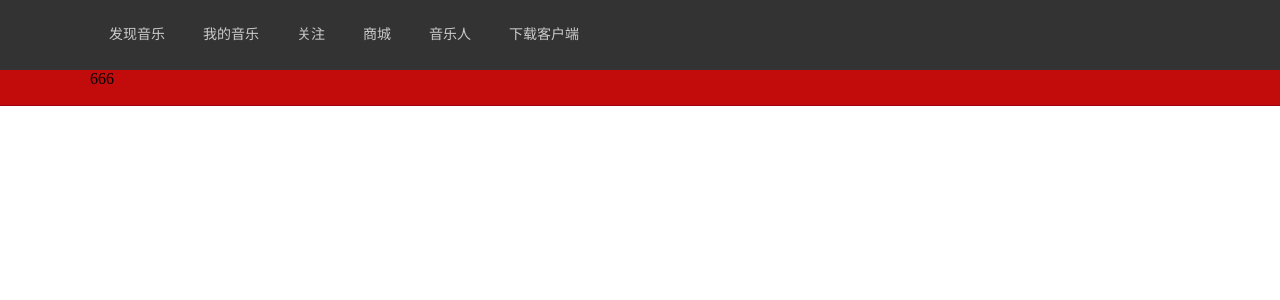
Repository: xtcgjk/-
Page: /
These files come from the project's save history. The page is drawn as it stood at one moment and after the next save; the edit follows.
The browser window is 1280 px wide. The pictures show the whole page.
The project was rebuilt for these pictures with package versions that can differ from the ones it lists, and the page was loaded fresh each time.

Above is the page before, as saved 2022-02-23 16:19:27.

### index.html
<!DOCTYPE html>
<html>
  <head>
    <meta charset="utf-8" />
    <meta name="viewport" content="width=device-width,initial-scale=1.0" />
    <title>vue-music</title>
  </head>
  <body>
    <div id="app"></div>
    <!-- built files will be auto injected -->
  </body>
</html>
<style>
  body {
    margin: 0;
    padding: 0;
  }
</style>

### src/main.js
// The Vue build version to load with the `import` command
// (runtime-only or standalone) has been set in webpack.base.conf with an alias.
import Vue from "vue";
import App from "./App";
import router from "./routers";
import http from "./axios/index";
import ElementUI from "element-ui";
import "element-ui/lib/theme-chalk/index.css";

Vue.use(ElementUI);
Vue.prototype.$http = http;

/* eslint-disable no-new */
new Vue({
  el: "#app",
  router,
  components: { App },
  template: "<App/>"
});

### src/App.vue
<template>
  <div id="app">
    <router-view></router-view>
  </div>
</template>

<script>
export default {
  name: "App",
  components: {},
};
</script>

<style>
/* #app {
  font-family: "Avenir", Helvetica, Arial, sans-serif;
  -webkit-font-smoothing: antialiased;
  -moz-osx-font-smoothing: grayscale;
  text-align: center;
  color: #2c3e50;
  margin-top: 60px;
} */
</style>

### src/routers/index.js
import Vue from "vue";
import VueRouter from "vue-router";
Vue.use(VueRouter);
const router = new VueRouter({
  mode: "history",
  routes: [
    {
      path: "/",
      redirect: "/music"
    },
    {
      path: "/music",
      component: () => import("@/views/music")
    }
  ]
});

export default router;

### src/axios/index.js
function http(userOptions) {
  console.log("成功了");
}

### src/views/music/index.vue
<template>
  <div id="container">
    <div></div>
    <Header />
    <Header2 />
  </div>
</template>

<script>
import Header from "../../components/header";
import Header2 from "../../components/header2";
export default {
  components: {
    Header,
    Header2,
  },
};
</script>
<style scoped>
</style>

### src/components/header/index.vue
<template>
  <div id="wrapper">
    <div id="header">
      <router-link to="">发现音乐</router-link>
      <router-link to="">我的音乐</router-link>
      <router-link to="">关注</router-link>
      <router-link to="">商城</router-link>
      <router-link to="">音乐人</router-link>
      <router-link to="">下载客户端</router-link>
      <div id="search">666</div>
    </div>
  </div>
</template>

<script>
export default {
  name: "Header",
  data() {
    return {};
  },
};
</script>
<style scoped>
#wrapper {
  background-color: #333;
}
#header {
  width: 1100px;
  height: 70px;
  background-color: #333;
  margin: auto;
}
a {
  text-decoration: none;
  color: #ccc;
  font-style: normal;
  font-size: 14px;
  height: 70px;
  line-height: 70px;
  display: inline-block;
  padding: 0 19px;
}
#search {
  width: 158px;
  height: 32px;
  background-color: green;
  border-radius: 32px;
}
</style>

### src/components/header2/index.vue
<template>
  <div id="header2"></div>
</template>
<script>
export default {
  name: "Header2",
  data() {
    return {};
  },
};
</script>
<style scoped>
#header2 {
  height: 35px;
  background-color: #c20c0c;
  border-bottom: 1px solid #a40011;
}
</style>

After the next save:
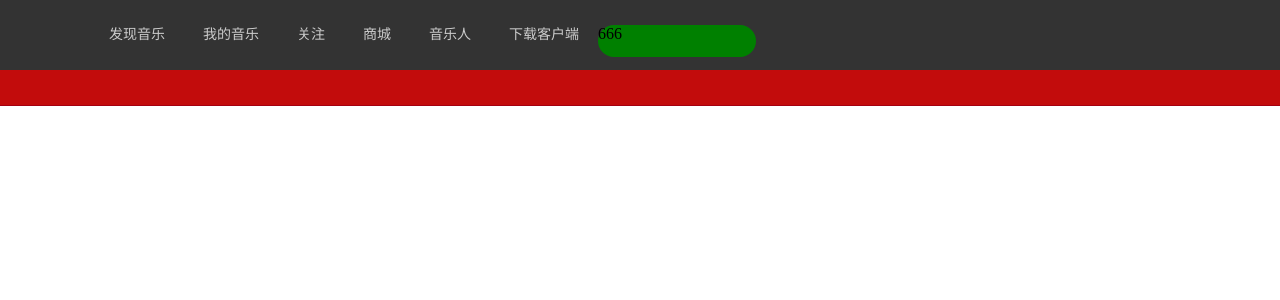
Saved 2 min 37 s later.
--- a/src/components/header/index.vue
+++ b/src/components/header/index.vue
@@ -45,5 +45,6 @@ a {
   height: 32px;
   background-color: green;
   border-radius: 32px;
+  display: inline-block;
 }
 </style>
